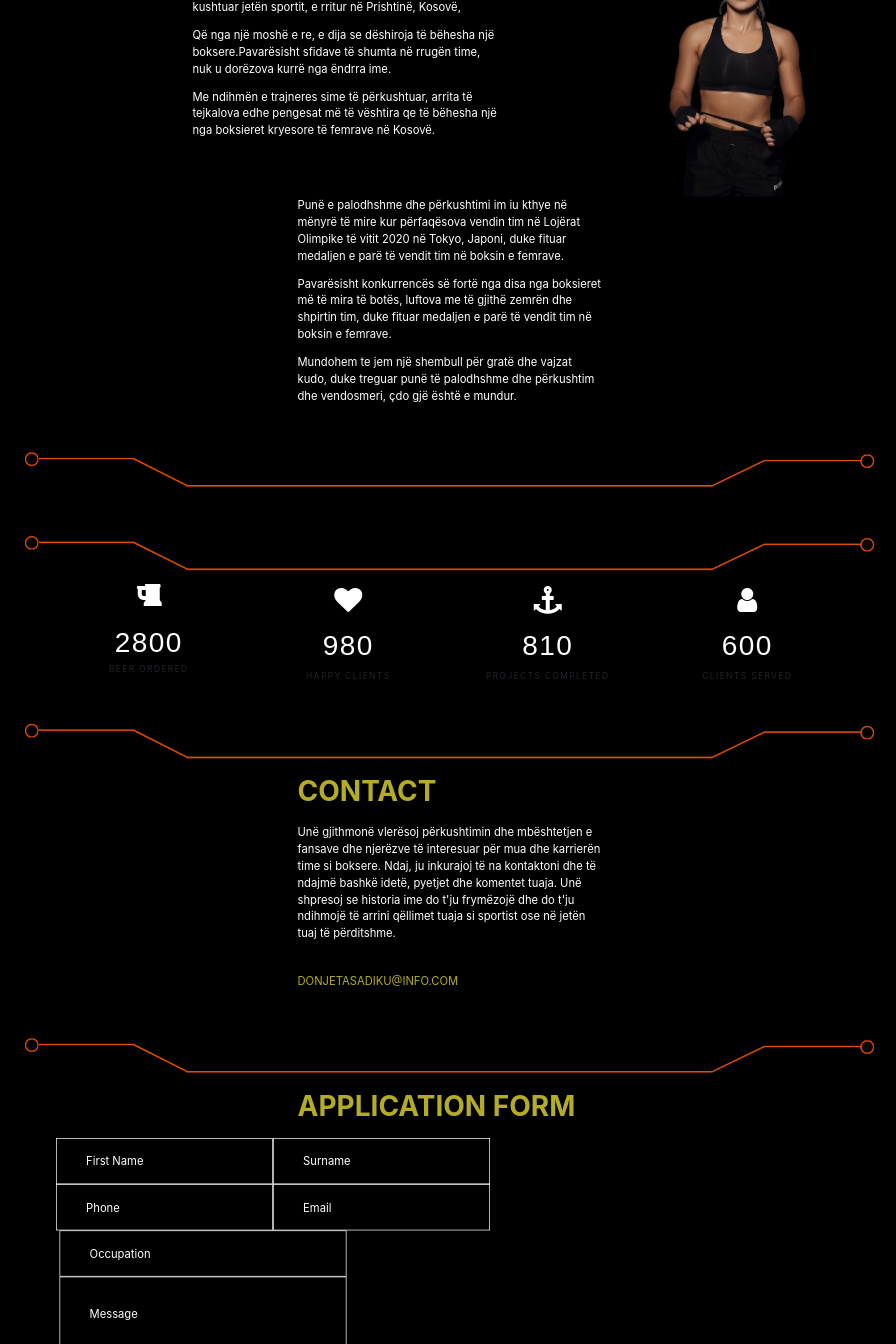
Repository: milot-morina/ds-boxing
Page: DS-Portfolio/index.html
These files come from the project's save history. The page is drawn as it stood at one moment and after the next save; the edit follows.
The browser window is 1280 px wide. The pictures show the part of the page from y = 2154 to 4074 px (the page is 4435 px tall), at 70% of full size.
A picture or video elsewhere on the page could not be fetched, so the positions and the page height are approximate. Some web libraries are served in a nearby version.

Above is the page before, as saved 2023-03-21 11:26:48.

After the next save:
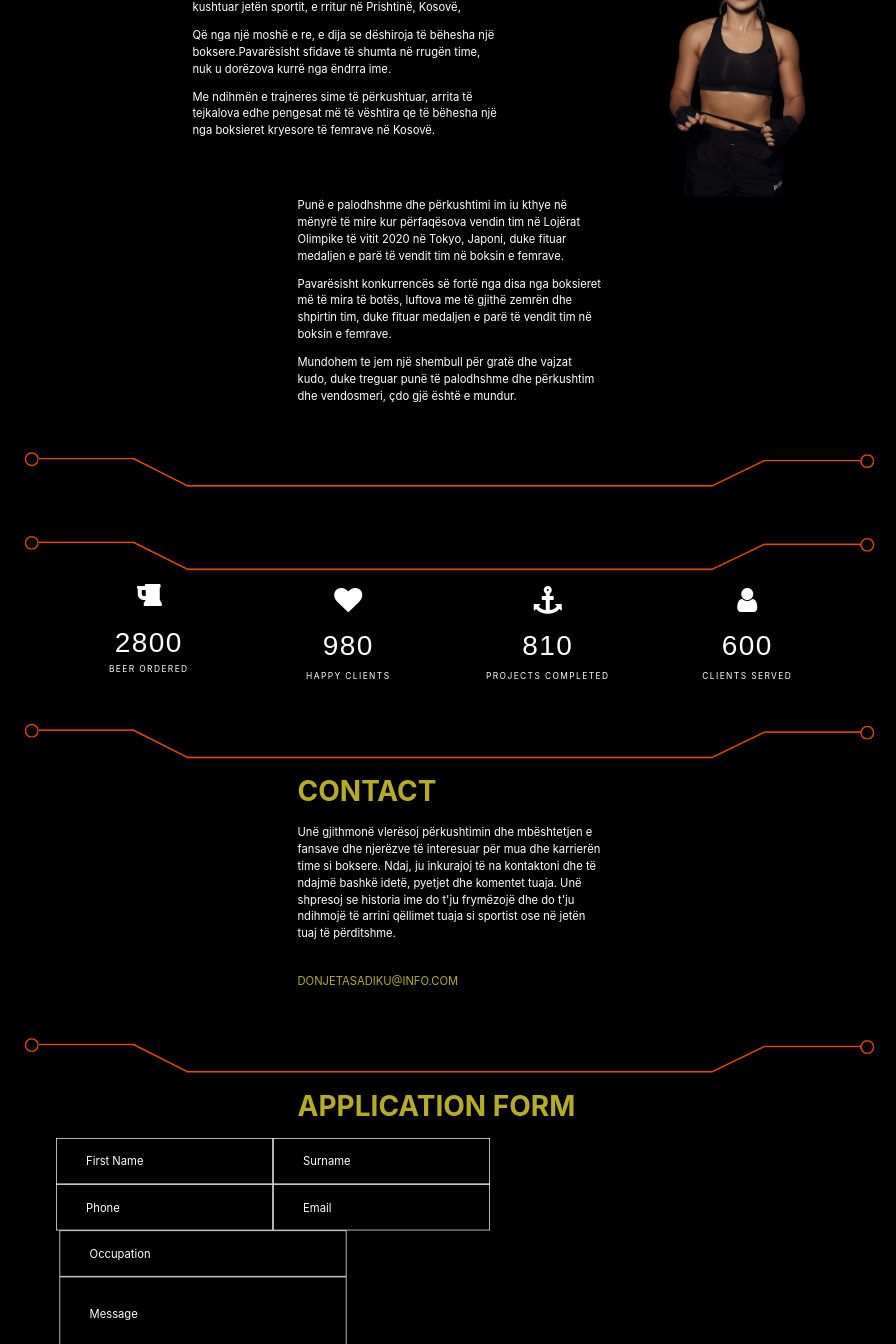
Saved 2 min 49 s later.
--- a/DS-Portfolio/style.css
+++ b/DS-Portfolio/style.css
@@ -24,7 +24,7 @@
 
 .counter-section i { display:block; margin:0 0 10px}
 .counter-section span.counter { font-size:40px; color:#ffffff; line-height:60px; display:block; font-family: "Oswald",sans-serif; letter-spacing: 2px}
-.counter-title{ font-size:12px; letter-spacing:2px; text-transform: uppercase}
+.counter-title{ font-size:12px; letter-spacing:2px; text-transform: uppercase; color:#ffffff;}
 .counter-icon {top:25px; position:relative}
 .counter-style2 .counter-title {letter-spacing: 0.55px; float: left;}
 .counter-style2 span.counter {letter-spacing: 0.55px; float: left; margin-right: 10px;}

After the 3 saves that followed:
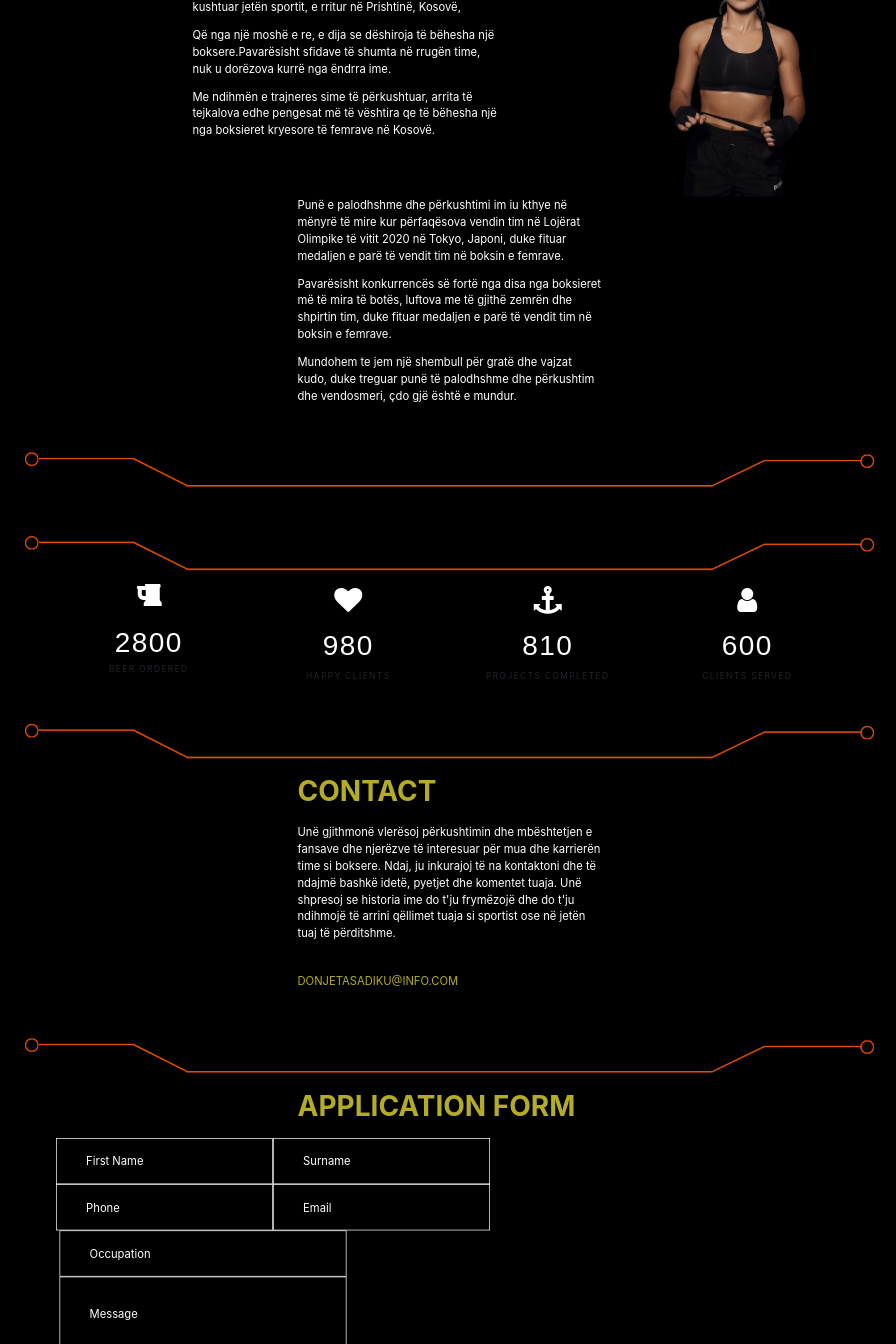
The 3 saves are shown as one change because 2 left the picture as it was.
The last was saved 81 s later.
--- a/DS-Portfolio/style.css
+++ b/DS-Portfolio/style.css
@@ -24,7 +24,7 @@
 
 .counter-section i { display:block; margin:0 0 10px}
 .counter-section span.counter { font-size:40px; color:#ffffff; line-height:60px; display:block; font-family: "Oswald",sans-serif; letter-spacing: 2px}
-.counter-title{ font-size:12px; letter-spacing:2px; text-transform: uppercase; color:#ffffff;}
+.counter-title{ font-size:12px; letter-spacing:2px; text-transform: uppercase;}
 .counter-icon {top:25px; position:relative}
 .counter-style2 .counter-title {letter-spacing: 0.55px; float: left;}
 .counter-style2 span.counter {letter-spacing: 0.55px; float: left; margin-right: 10px;}
